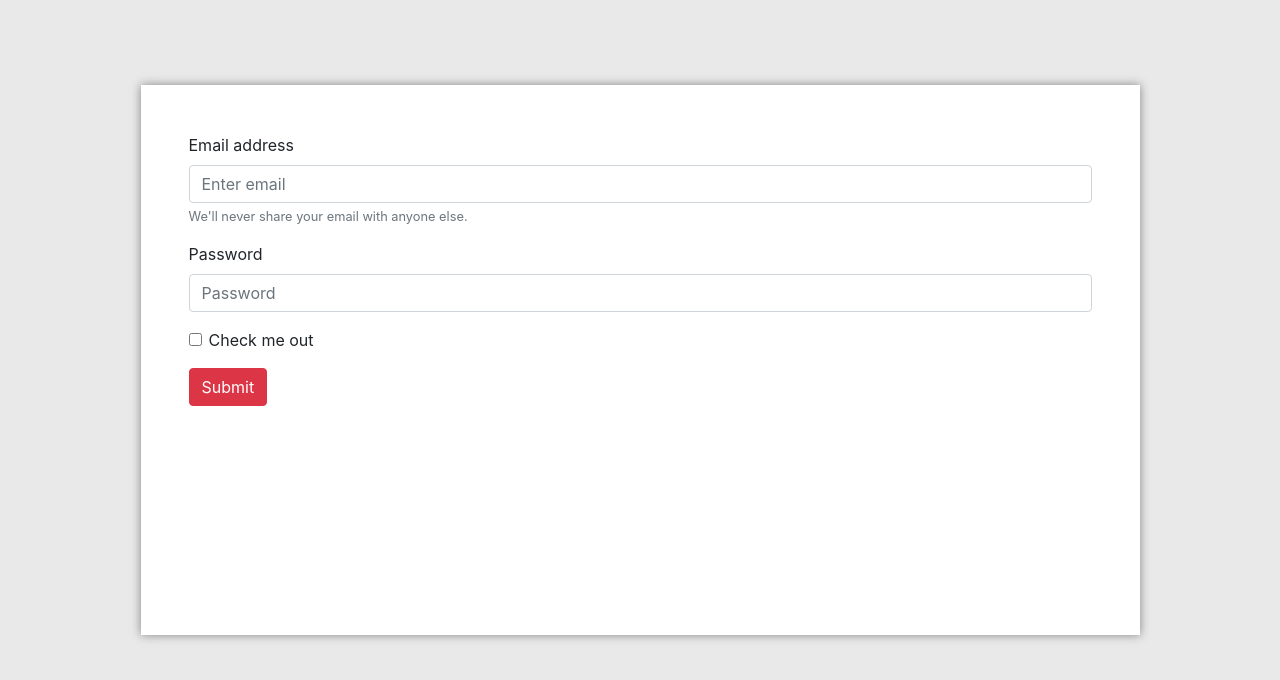
Repository: tts2610/itviec-clone
Page: /login
The author's editor kept a copy of each file at every save. The page is drawn from the files as they stood at one save, then again after the next save.
The browser window is 1280 px wide. The pictures show the whole page.
Some web libraries are served in a nearby version. The project was rebuilt for these pictures with package versions that can differ from the ones it lists, and the page was loaded fresh each time. Also part of the build but not shown: src/pages/Jobs.js, src/pages/Detail.js, src/pages/404.js.

Above is the page before, as saved 2020-06-10 11:24:46.

After the next save:
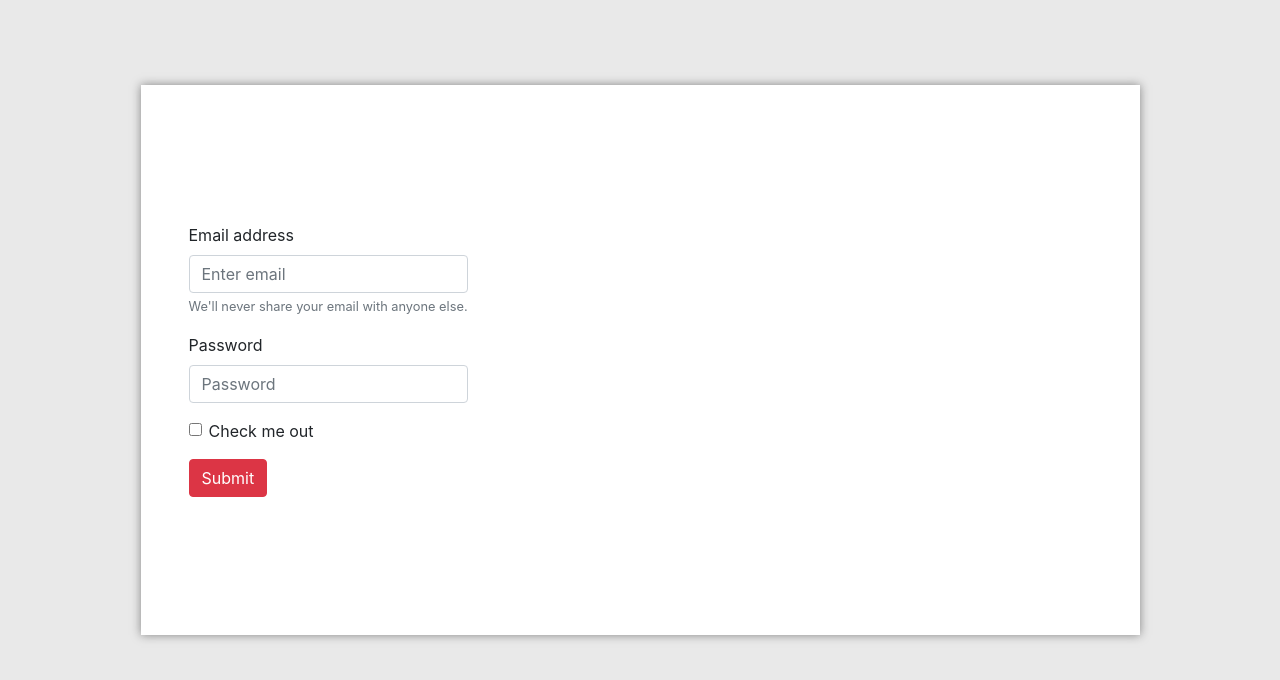
Saved 32 s later.
--- a/src/pages/Login.js
+++ b/src/pages/Login.js
@@ -33,7 +33,10 @@ export default function Login() {
           height: "100vh",
         }}
       >
-        <div className="detail-content py-5 px-5">
+        <div
+          className="detail-content py-5 px-5"
+          style={{ display: "flex", alignItems: "center" }}
+        >
           <Form>
             <Form.Group controlId="formBasicEmail">
               <Form.Label>Email address</Form.Label>
